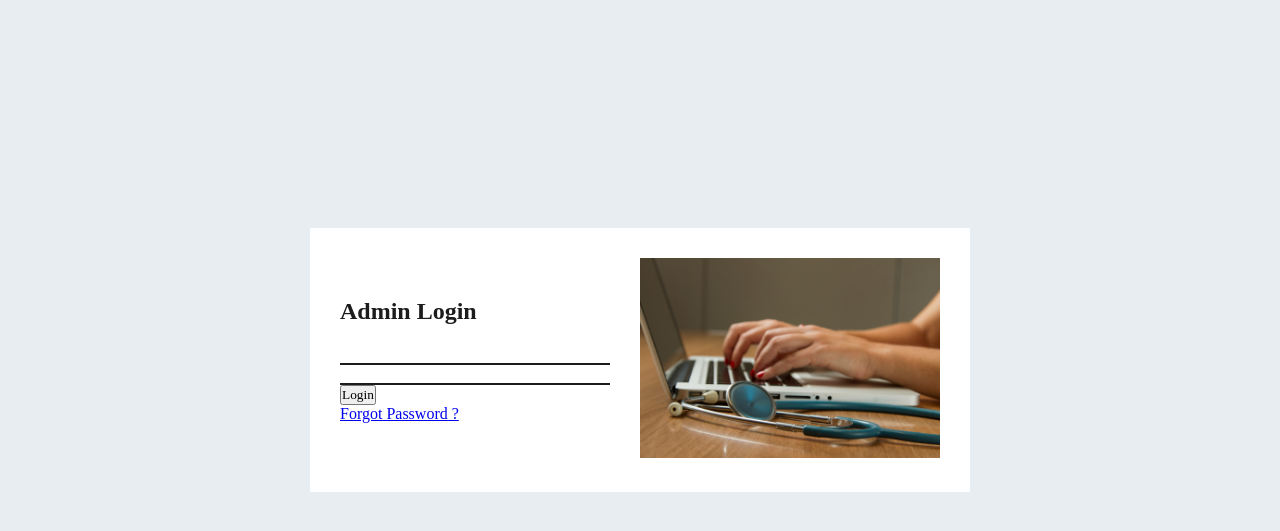
Repository: GauraVPandeyyy/Final-Neuro-dentica
Page: http://localhost/Admin-Panel/login.php
These files come from the project's save history. The page is drawn as it stood at one moment and after a run of saves; the edit follows.
The browser window is 1280 px wide. The pictures show the whole page.
The page is run by PHP 8.4 with error messages shown; the project is at /var/www/html/.

Above is the page before, as saved 2024-11-10 19:18:49.

After the next 2 saves:
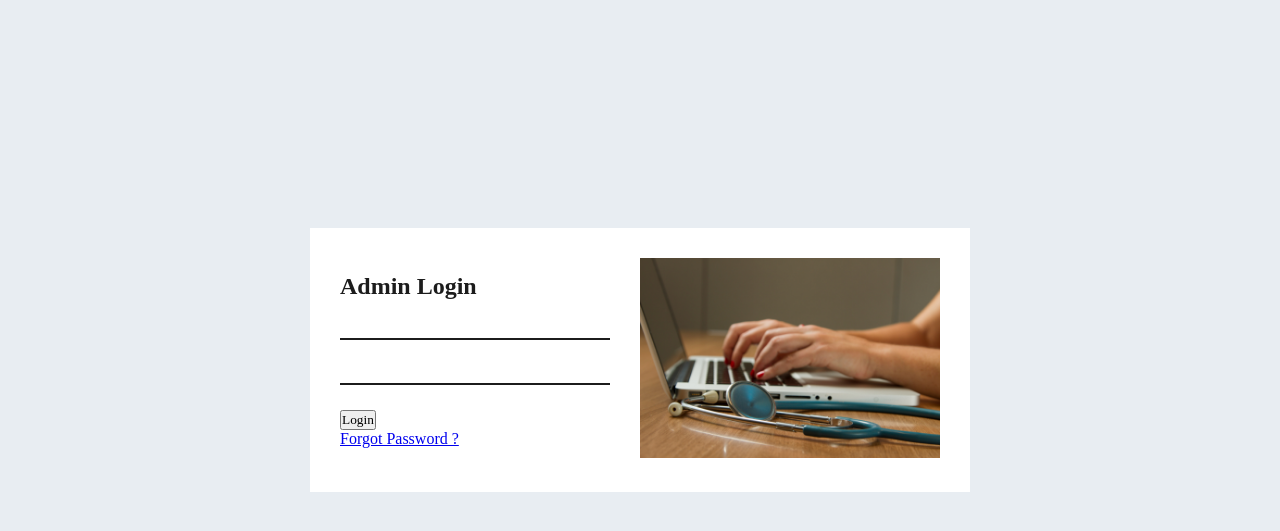
The 2 saves are shown as one change because they came seconds apart.
The last was saved 7 s later.
--- a/Admin-Panel/login.css
+++ b/Admin-Panel/login.css
@@ -38,5 +38,6 @@ div.container div.myForm input{
     border-radius: 0;
     width: 100%;
     border-bottom: 2px solid #1c1c1c;
-    mar
+    margin-bottom: 25px;
+
 }
